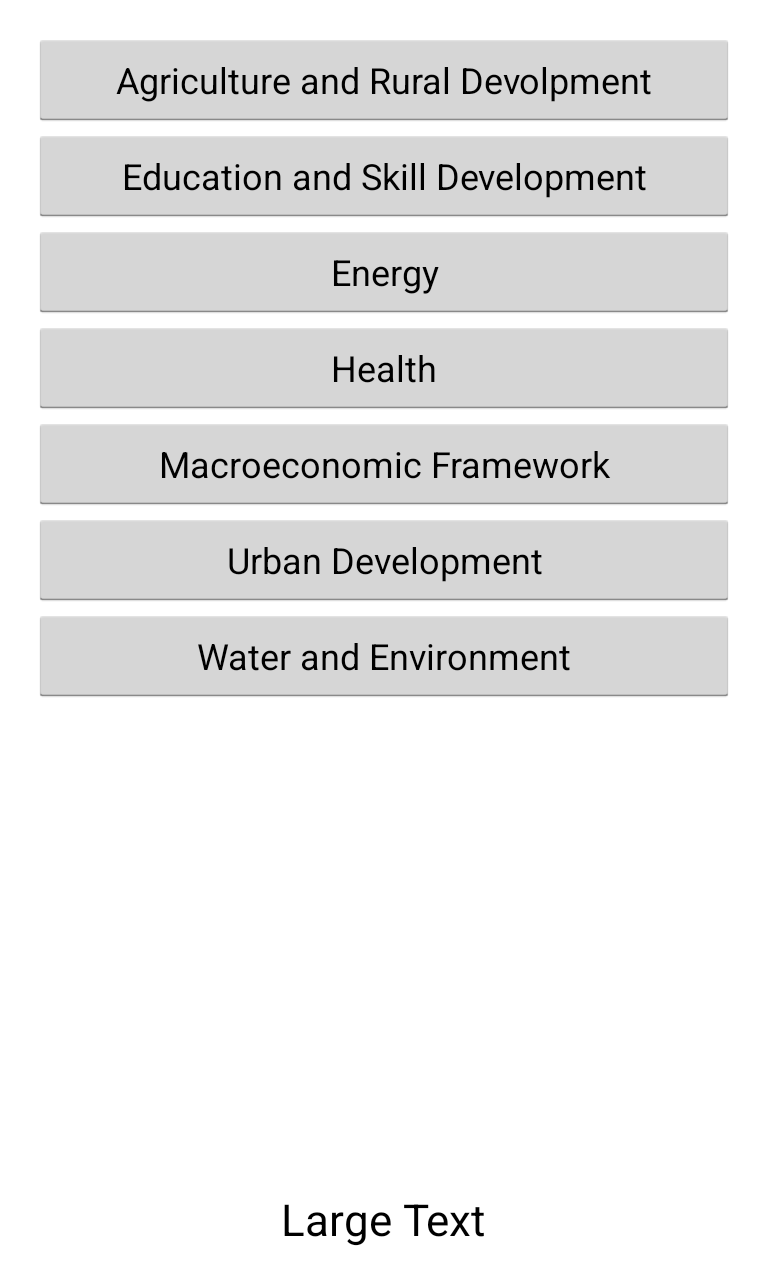
Repository: monisjaved/CalcAndroid
Layout: Main/res/layout/main.xml
The author's editor kept a copy of each file at every save. The layout is drawn from the files as they stood at one save, then again after the next save.
It is drawn on a 768 x 1280 px phone screen (xhdpi) without system bars, with theme AppTheme; the app's code is not run.

Above is the layout before, as saved 2013-04-07 01:51:01.

### Main/res/layout/main.xml
<RelativeLayout xmlns:android="http://schemas.android.com/apk/res/android"
    xmlns:tools="http://schemas.android.com/tools"
     android:layout_width="fill_parent"
    android:layout_height="fill_parent"
    android:paddingBottom="@dimen/activity_vertical_margin"
    android:paddingLeft="@dimen/activity_horizontal_margin"
    android:paddingRight="@dimen/activity_horizontal_margin"
    android:paddingTop="@dimen/activity_vertical_margin"
    tools:context=".Main" >

    <Button android:id="@+id/button2"
        android:layout_width="match_parent"
        android:layout_height="wrap_content"
        android:layout_below="@+id/button1"
        android:layout_centerHorizontal="true"
        android:text="@string/button2" >
    </Button>

    <Button android:id="@+id/button3"
        android:layout_width="match_parent"
        android:layout_height="wrap_content"
        android:layout_alignRight="@+id/button2"
        android:layout_below="@+id/button2"
        android:text="@string/button3" >
    </Button>

    <Button android:id="@+id/button4"
        android:layout_width="match_parent"
        android:layout_height="wrap_content"
        android:layout_alignRight="@+id/button3"
        android:layout_below="@+id/button3"
        android:text="@string/button4" >
    </Button>

    <Button android:id="@+id/button5"
        android:layout_width="match_parent"
        android:layout_height="wrap_content"
        android:layout_alignLeft="@+id/button4"
        android:layout_below="@+id/button4"
        android:text="@string/button5" >
    </Button>

    <Button android:id="@+id/button6"
        android:layout_width="match_parent"
        android:layout_height="wrap_content"
        android:layout_alignLeft="@+id/button5"
        android:layout_below="@+id/button5"
        android:text="@string/button6" >
    </Button>

    <Button
        android:id="@+id/button7"
        android:layout_width="match_parent"
        android:layout_height="wrap_content"
        android:layout_alignRight="@+id/button6"
        android:layout_below="@+id/button6"
        android:text="@string/button7" >
    </Button>

    <Button
        android:id="@+id/button1"
        android:layout_width="match_parent"
        android:layout_height="wrap_content"
        android:layout_alignLeft="@+id/button2"
        android:layout_alignParentTop="true"
        android:text="@string/button1" />

    <TextView
        android:id="@+id/textView1"
        android:layout_width="wrap_content"
        android:layout_height="wrap_content"
        android:layout_alignParentBottom="true"
        android:layout_centerHorizontal="true"
        android:text="Large Text"
        android:textAppearance="?android:attr/textAppearanceLarge" />

</RelativeLayout>

### Main/res/values/strings.xml
<?xml version="1.0" encoding="utf-8"?>
<resources>
    <string name="menu_settings">Hello World</string>
    <string name="hello">Hello World, MyActivity!</string>
    <string name="button1">Agriculture and Rural Devolpment</string>
    <string name="button2">Education and Skill Development</string>
    <string name="button3">Energy</string>
    <string name="app_name">Awaaz</string>
	<string name="button4">Health</string>
	<string name="button5">Macroeconomic Framework</string>
	<string name="button6">Urban Development</string>
	<string name="button7">Water and Environment</string>
</resources>

Loaded but not shown: Main/res/values/styles.xml (common file); Main/res/values-v11/styles.xml (common file); Main/res/values-v14/styles.xml (common file); Main/res/values/dimens.xml (common file)

After the next save:
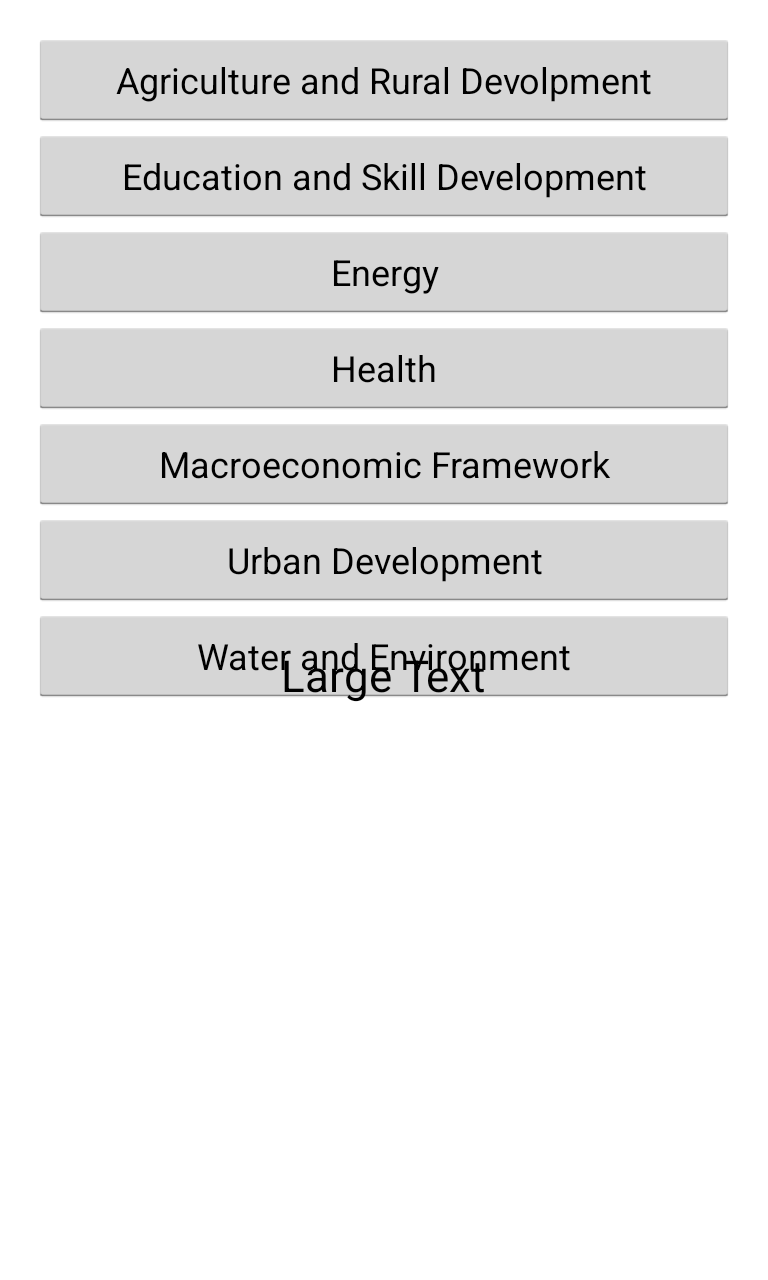
Saved 8 min 17 s later.
--- a/Main/res/layout/main.xml
+++ b/Main/res/layout/main.xml
@@ -1,3 +1,8 @@
+<ScrollView xmlns:android="http://schemas.android.com/apk/res/android"
+    android:scrollbars="none"
+    android:layout_width="fill_parent"
+    android:layout_height="fill_parent" >
+
 <RelativeLayout xmlns:android="http://schemas.android.com/apk/res/android"
     xmlns:tools="http://schemas.android.com/tools"
      android:layout_width="fill_parent"
@@ -75,3 +80,4 @@
         android:textAppearance="?android:attr/textAppearanceLarge" />
 
 </RelativeLayout>
+</ScrollView>
